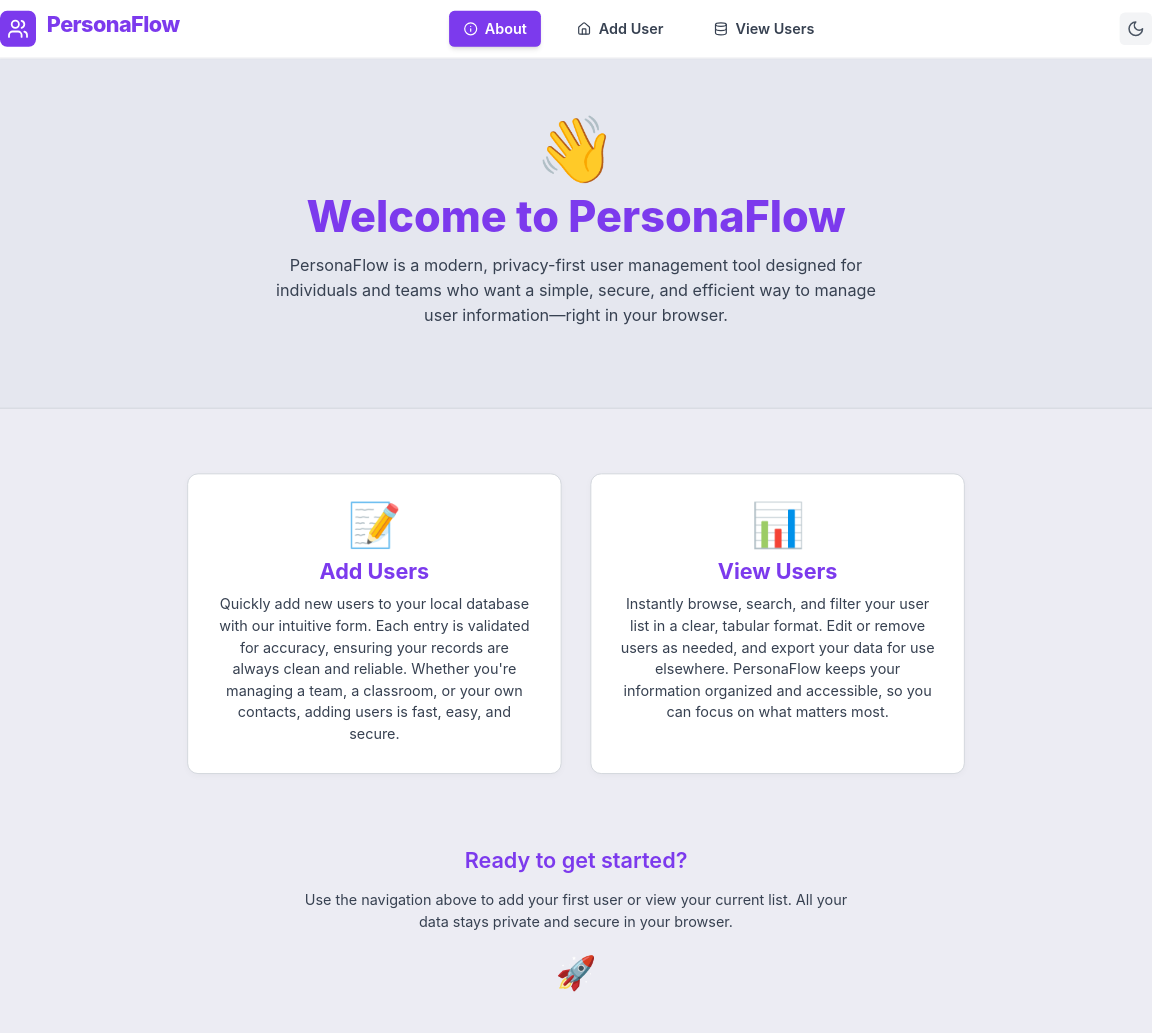
Repository: nikunjagarwal05/PersonaFlow
Page: /
These files come from the project's save history. The page is drawn as it stood at one moment and after a run of saves; the edit follows.
The browser window is 1280 px wide. The pictures show the whole page, at 90% of full size.
The project was rebuilt for these pictures with package versions that can differ from the ones it lists, and the page was loaded fresh each time. Also part of the build but not shown: vite.config.ts, src/components/Toast.jsx, src/components/UserForm.jsx, src/utils/localStorage.js, src/pages/Home.jsx, src/components/UserTable.jsx, src/components/SearchBar.jsx, src/components/Pagination.jsx and 2 more.

Above is the page before, as saved 2025-06-10 18:19:35.

### index.html
<!doctype html>
<html lang="en">
  <head>
    <meta charset="UTF-8" />
    <link rel="icon" type="image/svg+xml" href="/vite.svg" />
    <meta name="viewport" content="width=device-width, initial-scale=1.0" />
    <meta name="description" content="PersonaFlow - A professional user management system with advanced data handling capabilities" />
    <meta name="keywords" content="user management, data management, professional design, React, JavaScript" />
    <meta name="author" content="PersonaFlow Team" />

    <!-- Open Graph / Facebook -->
    <meta property="og:type" content="website" />
    <meta property="og:title" content="PersonaFlow - Professional User Management" />
    <meta property="og:description" content="Manage users with our professional, clean interface" />

    <!-- Twitter -->
    <meta property="twitter:card" content="summary_large_image" />
    <meta property="twitter:title" content="PersonaFlow - Professional User Management" />
    <meta property="twitter:description" content="Manage users with our professional, clean interface" />

    <title>PersonaFlow - User Management System</title>
  </head>
  <body>
    <div id="root"></div>
    <script type="module" src="/src/main.jsx"></script>
  </body>
</html>

### src/App.jsx
import React, { useState, useEffect } from 'react';
import { BrowserRouter as Router, Routes, Route } from 'react-router-dom';

import { ToastProvider } from './components/ToastContainer';
import Navbar from './components/Navbar';
import Home from './pages/Home';
import ViewData from './pages/ViewData';
import About from './pages/About';

// App component manages global state, dark mode, and routing
function App() {
  const [darkMode, setDarkMode] = useState(() => {
    const saved = localStorage.getItem('darkMode');
    return saved ? JSON.parse(saved) : false;
  });

  useEffect(() => {
    localStorage.setItem('darkMode', JSON.stringify(darkMode));
    if (darkMode) {
      document.documentElement.classList.add('dark');
    } else {
      document.documentElement.classList.remove('dark');
    }
  }, [darkMode]);

  const toggleDarkMode = () => {
    setDarkMode(!darkMode);
  };

  return (
    <div className={`min-h-screen transition-colors duration-300 ${darkMode ? 'dark' : ''}`}>
      <ToastProvider>
        <Router>
          <Navbar darkMode={darkMode} toggleDarkMode={toggleDarkMode} />
          <Routes>
            <Route path="/" element={<About />} />
            <Route path="/add" element={<Home />} />
            <Route path="/view" element={<ViewData />} />
          </Routes>
        </Router>
      </ToastProvider>
    </div>
  );
}

export default App;

### src/index.css
@tailwind base;
@tailwind components;
@tailwind utilities;

@layer base {
  html {
    scroll-behavior: smooth;
  }

  body {
    font-family: -apple-system, BlinkMacSystemFont, 'Segoe UI', 'Roboto', 'Oxygen',
      'Ubuntu', 'Cantarell', 'Fira Sans', 'Droid Sans', 'Helvetica Neue',
      sans-serif;
    -webkit-font-smoothing: antialiased;
    -moz-osx-font-smoothing: grayscale;
    background-color: theme('colors.lightbg'); /* Deeper, softer white for light mode */
    color: theme('colors.gray.900');
  }
  .card {
    background-color: theme('colors.lightcard');
    border: 1px solid theme('colors.lightborder');
    border-radius: 0.75rem;
    box-shadow: 0 2px 8px 0 rgba(0,0,0,0.03);
  }
  .dark body {
    background-color: theme('colors.gray.900');
    color: theme('colors.gray.100');
  }
  .dark .card {
    background-color: theme('colors.gray.800');
    border: 1px solid theme('colors.gray.700');
  }
}

@layer utilities {
  .animate-slide-in {
    animation: slideIn 0.3s ease-out;
  }

  .animate-fade-in {
    animation: fadeIn 0.2s ease-out;
  }
}

@keyframes slideIn {
  from {
    opacity: 0;
    transform: translateX(100%);
  }
  to {
    opacity: 1;
    transform: translateX(0);
  }
}

@keyframes fadeIn {
  from {
    opacity: 0;
  }
  to {
    opacity: 1;
  }
}

/* Custom scrollbar */
::-webkit-scrollbar {
  width: 8px;
}

::-webkit-scrollbar-track {
  background: rgba(0, 0, 0, 0.1);
  border-radius: 10px;
}

::-webkit-scrollbar-thumb {
  background: #3b82f6;
  border-radius: 10px;
}

::-webkit-scrollbar-thumb:hover {
  background: #2563eb;
}

/* Focus styles */
input:focus, select:focus, textarea:focus {
  outline: none;
  box-shadow: 0 0 0 3px rgba(59, 130, 246, 0.3);
}

/* Selection styles */
::selection {
  background: rgba(59, 130, 246, 0.3);
  color: white;
}

/* Loading spinner */
.loading-spinner {
  border: 3px solid rgba(59, 130, 246, 0.3);
  border-radius: 50%;
  border-top: 3px solid #3b82f6;
  width: 24px;
  height: 24px;
  animation: spin 1s linear infinite;
}

@keyframes spin {
  0% { transform: rotate(0deg); }
  100% { transform: rotate(360deg); }
}

/* Button animations */
.btn-hover {
  transition: all 0.2s ease-in-out;
}

.btn-hover:hover {
  transform: translateY(-1px);
  box-shadow: 0 4px 12px rgba(0, 0, 0, 0.15);
}

/* Card hover effects */
.card-hover {
  transition: all 0.2s ease-in-out;
}

.card-hover:hover {
  transform: translateY(-2px);
  box-shadow: 0 8px 25px rgba(0, 0, 0, 0.1);
}

/* Mobile optimizations */
@media (max-width: 768px) {
  .animate-slide-in {
    animation: slideInMobile 0.3s ease-out;
  }
}

@keyframes slideInMobile {
  from {
    opacity: 0;
    transform: translateY(20px);
  }
  to {
    opacity: 1;
    transform: translateY(0);
  }
}

/* High contrast mode support */
@media (prefers-contrast: high) {
  .bg-gradient-to-r {
    background: solid;
  }
}

/* Reduced motion support */
@media (prefers-reduced-motion: reduce) {
  * {
    animation-duration: 0.01ms !important;
    animation-iteration-count: 1 !important;
    transition-duration: 0.01ms !important;
  }

  .animate-slide-in,
  .animate-fade-in {
    animation: none;
  }
}

/* Dark mode improvements */
.dark {
  color-scheme: dark;
}

/* Form improvements */
.form-input {
  transition: all 0.2s ease-in-out;
}

.form-input:focus {
  transform: translateY(-1px);
}

/* Table improvements */
.table-row {
  transition: all 0.2s ease-in-out;
}

.table-row:hover {
  transform: scale(1.01);
}

/* Accent color for buttons and links */
.btn-accent {
  background-color: theme('colors.accent.DEFAULT');
  color: #fff;
}
.btn-accent:hover {
  background-color: theme('colors.accent.dark');
}
.link-accent {
  color: theme('colors.accent.DEFAULT');
}
.link-accent:hover {
  color: theme('colors.accent.dark');
}

/* Use darkaccent for accent in dark mode */
.dark .btn-accent {
  background-color: theme('colors.darkaccent.DEFAULT');
  color: #fff;
}
.dark .btn-accent:hover {
  background-color: theme('colors.darkaccent.dark');
}
.dark .link-accent {
  color: theme('colors.darkaccent.DEFAULT');
}
.dark .link-accent:hover {
  color: theme('colors.darkaccent.dark');
}

### src/components/ToastContainer.jsx
import React, { createContext, useContext, useState, useCallback } from 'react';
import Toast from './Toast';

// ToastContainer provides context and renders toasts
const ToastContext = createContext(undefined);

export const useToast = () => {
  const context = useContext(ToastContext);
  if (!context) {
    throw new Error('useToast must be used within a ToastProvider');
  }
  return context;
};

export const ToastProvider = ({ children }) => {
  const [toasts, setToasts] = useState([]);

  const showToast = useCallback((toast) => {
    const id = crypto.randomUUID();
    const newToast = {
      ...toast,
      id,
      onClose: removeToast,
    };
    setToasts(prev => [...prev, newToast]);
  }, []);

  const removeToast = useCallback((id) => {
    setToasts(prev => prev.filter(toast => toast.id !== id));
  }, []);

  return (
    <ToastContext.Provider value={{ showToast }}>
      {children}
      <div className="fixed top-4 right-4 z-50 space-y-2 max-w-sm">
        {toasts.map(toast => (
          <Toast key={toast.id} {...toast} />
        ))}
      </div>
    </ToastContext.Provider>
  );
};

### src/components/Navbar.jsx
import React from 'react';
import { Link, useLocation } from 'react-router-dom';
import { Home, Database, Moon, Sun, Users, Info } from 'lucide-react';

// Navbar component provides navigation and dark mode toggle
const Navbar = ({ darkMode, toggleDarkMode }) => {
  const location = useLocation();

  return (
    <nav className="sticky top-0 z-40 bg-white dark:bg-gray-900 border-b border-gray-200 dark:border-gray-700 shadow-sm">
      <div className="max-w-7xl mx-auto">
        <div className="flex justify-between items-center h-16 w-full">

          {/* App Name at far left */}
          <div className="flex items-centermin-w-[220px]">

            <div className="p-2 bg-accent dark:bg-darkaccent rounded-lg">
              <Users className="w-6 h-6 text-white" />
            </div>

            <h1 className="ml-3 text-2xl font-extrabold text-accent dark:text-darkaccent-light tracking-tight select-none">
              PersonaFlow
            </h1>
          </div>

          {/* Nav Links Centered */}
          <div className="flex-1  flex justify-center">
            <div className="flex items-baseline space-x-6">
              <Link
                to="/"
                className={`px-4 py-2 rounded-md font-semibold transition-all duration-200 flex items-center space-x-2 ${
                  location.pathname === '/'
                    ? 'bg-accent dark:bg-darkaccent text-white shadow-md'
                    : 'text-gray-700 dark:text-gray-300 hover:bg-gray-100 dark:hover:bg-gray-800'
                }`}
              >
                <Info className="w-4 h-4" />
                <span>About</span>
              </Link>
              <Link
                to="/add"
                className={`px-4 py-2 rounded-md font-semibold transition-all duration-200 flex items-center space-x-2 ${
                  location.pathname === '/add'
                    ? 'bg-accent dark:bg-darkaccent text-white shadow-md'
                    : 'text-gray-700 dark:text-gray-300 hover:bg-gray-100 dark:hover:bg-gray-800'
                }`}
              >
                <Home className="w-4 h-4" />
                <span>Add User</span>
              </Link>
              <Link
                to="/view"
                className={`px-4 py-2 rounded-md font-semibold transition-all duration-200 flex items-center space-x-2 ${
                  location.pathname === '/view'
                    ? 'bg-accent dark:bg-darkaccent text-white shadow-md'
                    : 'text-gray-700 dark:text-gray-300 hover:bg-gray-100 dark:hover:bg-gray-800'
                }`}
              >
                <Database className="w-4 h-4" />
                <span>View Users</span>
              </Link>
            </div>
          </div>

          {/* Theme Toggle at far right */}
          <div className="flex items-center justify-end min-w-[60px]">
            <button
              onClick={toggleDarkMode}
              className="p-2 rounded-md bg-gray-100 dark:bg-gray-800 hover:bg-gray-200 dark:hover:bg-gray-700 transition-all duration-200"
              aria-label="Toggle dark mode"
            >
              {darkMode ? (
                <Sun className="w-5 h-5 text-yellow-500" />
              ) : (
                <Moon className="w-5 h-5 text-gray-600" />
              )}
            </button>
          </div>
        </div>
      </div>

      {/* Mobile Navigation */}
      <div className="md:hidden border-t border-gray-200 dark:border-gray-700">
        <div className="px-2 pt-2 pb-3 space-y-1">
          <Link
            to="/"
            className={`block px-3 py-2 rounded-md text-base font-medium transition-all duration-200 flex items-center space-x-2 ${
              location.pathname === '/'
                ? 'bg-accent dark:bg-darkaccent text-white'
                : 'text-gray-700 dark:text-gray-300 hover:bg-gray-100 dark:hover:bg-gray-800'
            }`}
          >
            <Info className="w-4 h-4" />
            <span>About</span>
          </Link>
          <Link
            to="/add"
            className={`block px-3 py-2 rounded-md text-base font-medium transition-all duration-200 flex items-center space-x-2 ${
              location.pathname === '/add'
                ? 'bg-accent dark:bg-darkaccent text-white'
                : 'text-gray-700 dark:text-gray-300 hover:bg-gray-100 dark:hover:bg-gray-800'
            }`}
          >
            <Home className="w-4 h-4" />
            <span>Add User</span>
          </Link>
          <Link
            to="/view"
            className={`block px-3 py-2 rounded-md text-base font-medium transition-all duration-200 flex items-center space-x-2 ${
              location.pathname === '/view'
                ? 'bg-accent dark:bg-darkaccent text-white'
                : 'text-gray-700 dark:text-gray-300 hover:bg-gray-100 dark:hover:bg-gray-800'
            }`}
          >
            <Database className="w-4 h-4" />
            <span>View Users</span>
          </Link>
        </div>
      </div>
    </nav>
  );
};

export default Navbar;

### src/pages/About.jsx
import React from 'react';

// About page: Explains the website and its main features in depth
const About = () => {
  return (
    <div className="min-h-screen bg-lightbg dark:bg-gray-900 text-gray-900 dark:text-gray-100">
      {/* Hero Section */}
      <section className="w-full py-16 bg-lightcard dark:bg-gray-800 border-b border-lightborder dark:border-gray-700 mb-10">
        <div className="max-w-3xl mx-auto px-4 flex flex-col items-center text-center">
          <span className="inline-block text-7xl mb-4">👋</span>
          <h1 className="text-4xl sm:text-5xl font-extrabold text-accent dark:text-accent-light mb-4">Welcome to PersonaFlow</h1>
          <p className="text-lg text-gray-700 dark:text-gray-200 max-w-2xl mb-6">
            PersonaFlow is a modern, privacy-first user management tool designed for individuals and teams who want a simple, secure, and efficient way to manage user information—right in your browser.
          </p>
        </div>
      </section>

      {/* Features Section */}
      <section className="max-w-4xl mx-auto px-4 py-8 grid grid-cols-1 md:grid-cols-2 gap-8">
        {/* Add Users Feature */}
        <div className="bg-white dark:bg-gray-800 card p-8 flex flex-col items-center text-center">
          <span className="text-5xl mb-3">📝</span>
          <h2 className="text-2xl font-bold text-accent dark:text-accent-light mb-2">Add Users</h2>
          <p className="text-gray-700 dark:text-gray-200">
            Quickly add new users to your local database with our intuitive form. Each entry is validated for accuracy, ensuring your records are always clean and reliable. Whether you're managing a team, a classroom, or your own contacts, adding users is fast, easy, and secure.
          </p>
        </div>
        {/* View Users Feature */}
        <div className="bg-white dark:bg-gray-800 card p-8 flex flex-col items-center text-center">
          <span className="text-5xl mb-3">📊</span>
          <h2 className="text-2xl font-bold text-accent dark:text-accent-light mb-2">View Users</h2>
          <p className="text-gray-700 dark:text-gray-200">
            Instantly browse, search, and filter your user list in a clear, tabular format. Edit or remove users as needed, and export your data for use elsewhere. PersonaFlow keeps your information organized and accessible, so you can focus on what matters most.
          </p>
        </div>
      </section>

      {/* Call to Action */}
      <section className="max-w-2xl mx-auto px-4 py-12 text-center">
        <h3 className="text-2xl font-semibold mb-4 text-accent dark:text-accent-light">Ready to get started?</h3>
        <p className="text-gray-700 dark:text-gray-200 mb-6">
          Use the navigation above to add your first user or view your current list. All your data stays private and secure in your browser.
        </p>
        <span className="inline-block text-4xl">🚀</span>
      </section>
    </div>
  );
};

export default About;

### tailwind.config.js
/** @type {import('tailwindcss').Config} */
export default {
  content: ['./index.html', './src/**/*.{js,ts,jsx,tsx}'],
  theme: {
    extend: {
      colors: {
        lightbg: '#ececf3', // deeper, softer white for light mode
        lightcard: '#e5e7ef', // soft card
        lightborder: '#d1d5db',
        accent: {
          DEFAULT: '#7c3aed', // deep purple for light mode
          dark: '#6d28d9', // even deeper purple
          light: '#a78bfa', // lighter purple
        },
        darkaccent: {
          DEFAULT: '#06b6d4', // cyan/teal for dark mode
          dark: '#0e7490',
          light: '#67e8f9',
        },
      },
    },
  },
  plugins: [],
  darkMode: 'class',
};

Loaded but not shown: src/main.jsx (common file)

After the next 3 saves:
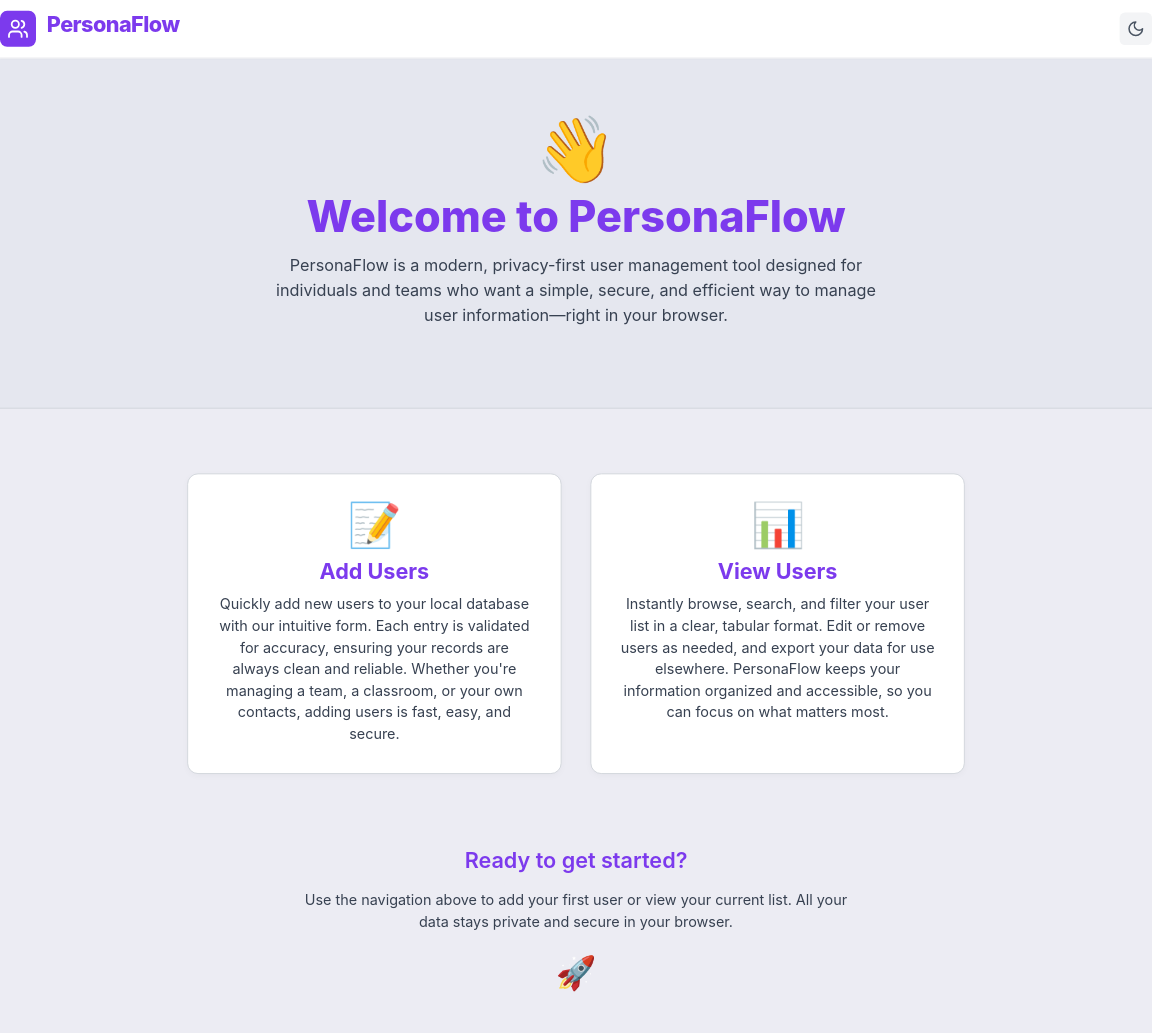
The 3 saves are shown as one change because they came seconds apart.
The last was saved 8 s later.
--- a/src/components/Navbar.jsx
+++ b/src/components/Navbar.jsx
@@ -24,7 +24,7 @@
           </div>
 
           {/* Nav Links Centered */}
-          <div className="flex-1  flex justify-center">
+          <div className="flex-1 sm:hidden flex justify-center">
             <div className="flex items-baseline space-x-6">
               <Link
                 to="/"

After the 4 saves that followed:
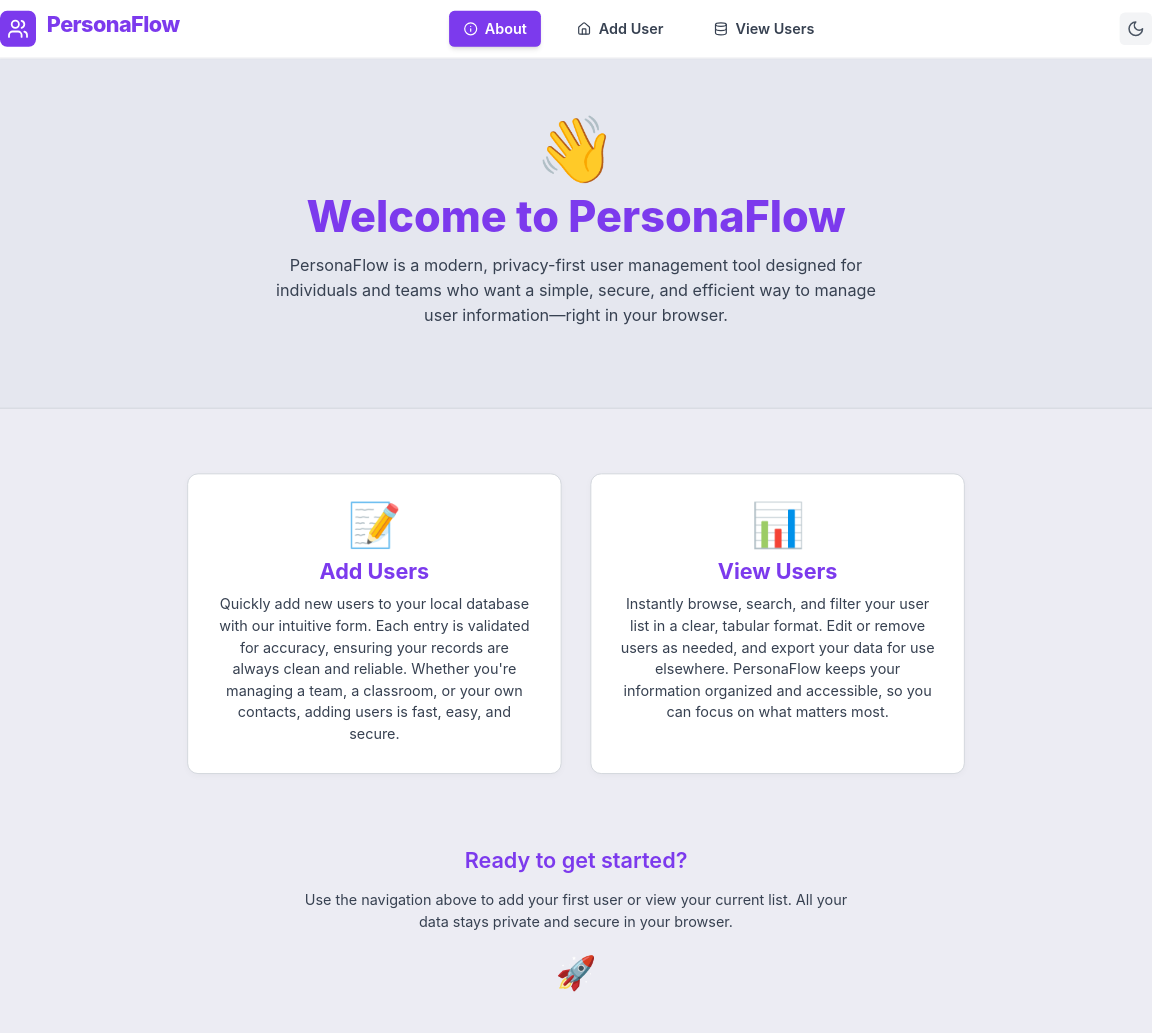
The 4 saves are shown as one change because 2 left the picture as it was and some came seconds apart.
The last was saved 2 min 1 s later.
--- a/src/components/Navbar.jsx
+++ b/src/components/Navbar.jsx
@@ -24,7 +24,7 @@
           </div>
 
           {/* Nav Links Centered */}
-          <div className="flex-1 sm:hidden flex justify-center">
+          <div className="flex-1 lg:display:none flex justify-center">
             <div className="flex items-baseline space-x-6">
               <Link
                 to="/"
